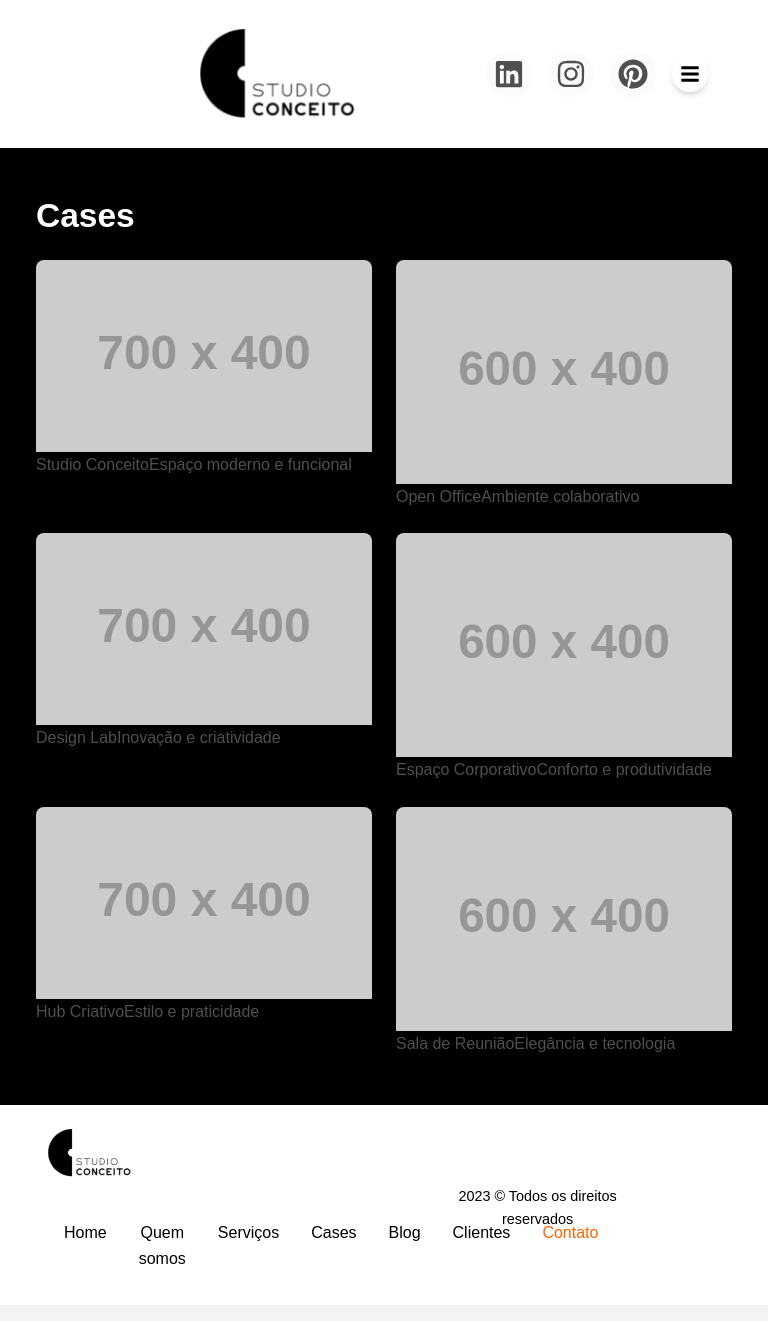
Repository: Upstairs-Agencia/studio-conceito-react
Page: /cases
The author's editor kept a copy of each file at every save. The page is drawn from the files as they stood at one save, then again after the next save.
The browser window is 768 px wide. The pictures show the whole page.
The project was rebuilt for these pictures with package versions that can differ from the ones it lists, and the page was loaded fresh each time. Also part of the build but not shown: src/pages/Home.js, src/pages/QuemSomos.js, src/pages/Servicos.js, src/pages/Blog.js, src/pages/Clientes.js, src/pages/Contato.js.

Above is the page before, as saved 2024-12-29 11:31:20.

### public/index.html
<!DOCTYPE html>
<html lang="en">
  <head>
    <meta charset="utf-8" />
    <link rel="icon" href="%PUBLIC_URL%/favicon.ico" />
    <meta name="viewport" content="width=device-width, initial-scale=1" />
    <meta name="theme-color" content="#000000" />
    <meta
      name="description"
      content="Web site created using create-react-app"
    />
    <link rel="apple-touch-icon" href="%PUBLIC_URL%/logo192.png" />
    <!--
      manifest.json provides metadata used when your web app is installed on a
      user's mobile device or desktop. See https://developers.google.com/web/fundamentals/web-app-manifest/
    -->
    <link rel="manifest" href="%PUBLIC_URL%/manifest.json" />
    <!--
      Notice the use of %PUBLIC_URL% in the tags above.
      It will be replaced with the URL of the `public` folder during the build.
      Only files inside the `public` folder can be referenced from the HTML.

      Unlike "/favicon.ico" or "favicon.ico", "%PUBLIC_URL%/favicon.ico" will
      work correctly both with client-side routing and a non-root public URL.
      Learn how to configure a non-root public URL by running `npm run build`.
    -->
    <title>Studio Conceito</title>
  </head>
  <body>
    <noscript>You need to enable JavaScript to run this app.</noscript>
    <div id="root"></div>
    <!--
      This HTML file is a template.
      If you open it directly in the browser, you will see an empty page.

      You can add webfonts, meta tags, or analytics to this file.
      The build step will place the bundled scripts into the <body> tag.

      To begin the development, run `npm start` or `yarn start`.
      To create a production bundle, use `npm run build` or `yarn build`.
    -->
  </body>
</html>

### src/index.js

import React from 'react';
import ReactDOM from 'react-dom';
import App from './App';
import 'mdb-react-ui-kit/dist/css/mdb.min.css'; // MDB styles
import './index.css'; // Global styles

ReactDOM.render(
  <React.StrictMode>
    <App />
  </React.StrictMode>,
  document.getElementById('root')
);

### src/App.js

import React from 'react';
import { BrowserRouter as Router, Routes, Route } from 'react-router-dom';
import Home from './pages/Home';
import QuemSomos from './pages/QuemSomos';
import Servicos from './pages/Servicos';
import Cases from './pages/Cases';
import Blog from './pages/Blog';
import Clientes from './pages/Clientes';
import Contato from './pages/Contato';

function App() {
  return (
    <Router>
      <Routes>
        <Route path="/" element={<Home />} />
        <Route path="/quem-somos" element={<QuemSomos />} />
        <Route path="/servicos" element={<Servicos />} />
        <Route path="/cases" element={<Cases />} />
        <Route path="/blog" element={<Blog />} />
        <Route path="/clientes" element={<Clientes />} />
        <Route path="/contato" element={<Contato />} />
      </Routes>
    </Router>
  );
}

export default App;

### src/index.css

body {
  margin: 0;
  font-family: Arial, sans-serif;
  background-color: #f4f4f4;
}

### src/pages/Cases.js
import React from "react";
import {
  MDBContainer,
  MDBRow,
  MDBCol,
} from "mdb-react-ui-kit";
import Navbar from "../components/navbar";
import Footer from "../components/footer";
import "../styles/cases.css";

const caseStudies = [
  {
    title: "Studio Conceito",
    description: "Espaço moderno e funcional",
    image: "https://via.placeholder.com/700x400",
  },
  {
    title: "Open Office",
    description: "Ambiente colaborativo",
    image: "https://via.placeholder.com/600x400",
  },
  {
    title: "Design Lab",
    description: "Inovação e criatividade",
    image: "https://via.placeholder.com/700x400",
  },
  {
    title: "Espaço Corporativo",
    description: "Conforto e produtividade",
    image: "https://via.placeholder.com/600x400",
  },
  {
    title: "Hub Criativo",
    description: "Estilo e praticidade",
    image: "https://via.placeholder.com/700x400",
  },
  {
    title: "Sala de Reunião",
    description: "Elegância e tecnologia",
    image: "https://via.placeholder.com/600x400",
  },
];

function Cases() {
  return (
    <div style={{ backgroundColor: "black" }}>
      <Navbar />
      <MDBContainer className="my-5">
        <h1
          className="mb-4"
          style={{
            textAlign: "left",
            color: "white",
            fontWeight: "bold",
          }}
        >
          Cases
        </h1>
        <MDBRow className="g-4">
          {caseStudies.map((caseItem, index) => (
            <MDBCol md="6" key={index}>
              <div className="case-card">
                <img
                  src={caseItem.image}
                  alt={`Imagem do ${caseItem.title}`}
                  className="case-image"
                />
                <div className="case-overlay">
                  <div className="case-info">
                    <span className="case-title">Case</span>
                    <span className="case-description">
                      {caseItem.title}
                    </span>
                  </div>
                </div>
                <div className="case-text">
                  <span className="case-title-text">{caseItem.title}</span>
                  <span className="case-desc-text">{caseItem.description}</span>
                </div>
              </div>
            </MDBCol>
          ))}
        </MDBRow>
      </MDBContainer>
      <Footer />
    </div>
  );
}

export default Cases;

### src/components/navbar.js
import React, { useState } from "react";

import Logo from "../images/logoBlack.png";

import {
  MDBNavbar,
  MDBNavbarBrand,
  MDBContainer,
} from "mdb-react-ui-kit";
import { FaLinkedin, FaInstagram, FaPinterest, FaBars } from "react-icons/fa";
import { IoIosClose } from "react-icons/io";
import { Link } from "react-router-dom";

import SeloGptw from "../images/selo-gptw.png";

const Navbar = () => {
  const [showMenu, setShowMenu] = useState(false);

  return (
    <>
      {/* Navbar */}
      <MDBNavbar dark bgColor="white" className="py-4 px-5">
        <MDBContainer fluid className="d-flex justify-content-between align-items-center">
          {/* Logo */}
          <MDBNavbarBrand href="#" className="ms-5">
            <img
              src={Logo}
              alt="Logo"
              style={{ maxHeight: "90px", marginLeft: "12vw"}}
            />
          </MDBNavbarBrand>

          {/* Social Icons and Menu Toggle */}
          <div className="d-flex align-items-center">
            {/* Social Icons */}
            <div className="d-flex gap-3 me-3">
              <button className="btn btn-light rounded-circle p-2">
                <FaLinkedin size={30} />
              </button>
              <button className="btn btn-light rounded-circle p-2">
                <FaInstagram size={30} />
              </button>
              <button className="btn btn-light rounded-circle p-2">
                <FaPinterest size={30} />
              </button>
            </div>

            {/* FaBars Icon for Sidebar */}
            <button
              className="btn rounded-circle p-2"
              style={{
                background: "none",
                border: "none",
                cursor: "pointer",
              }}
              onClick={() => setShowMenu(!showMenu)}
            >
              <FaBars size={20} color="black" />
            </button>
          </div>
        </MDBContainer>
      </MDBNavbar>

      {/* Sidebar Menu */}
      {showMenu && (
        <div
          className="position-fixed top-0 end-0 bg-white vh-100 vw-350 shadow-lg d-flex flex-column"
          style={{ zIndex: 1050, width: "500px" }}
        >
          <div className="d-flex justify-content-end p-3">
            {/* Close Button */}
            <button
              className="p-0"
              style={{
                background: "none",
                border: "none",
                cursor: "pointer",
              }}
              onClick={() => setShowMenu(false)}
            >
              <IoIosClose size={40} />
            </button>
          </div>





          <div className="p-4 flex-grow-1">
            {/* Menu Items */}
            <ul className="list-unstyled">
              {[
                { label: "Home", link: "/" },
                { label: "Quem somos", link: "/quem-somos" },
                { label: "Serviços", link: "/servicos" },
                { label: "Cases", link: "/cases" },
                { label: "Blog", link: "/blog" },
                { label: "Clientes", link: "/clientes" },
                { label: "Contato", link: "/contato" },
              ].map((item, index) => (
                <li key={index} className="py-2">
                  <Link
                    to={item.link}
                    className="text-decoration-none fs-6"
                    style={{
                      transition: "all 0.3s ease-in-out", // Transição suave
                      color:"black"
                    }}
                    onMouseOver={(e) => {
                      e.currentTarget.style.color = "#FF7F30"; // Altera a cor
                      e.currentTarget.style.fontWeight = "bold"; // Negrito
                    }}
                    onMouseOut={(e) => {
                      e.currentTarget.style.color = "black"; // Retorna à cor original
                      e.currentTarget.style.fontWeight = "normal"; // Retira o negrito
                    }}
                  >
                    {item.label}
                  </Link>
                </li>
              ))}
            </ul>
          </div>



          {/* Footer Section */}
          <div className="d-flex justify-content-between align-items-center px-4 pb-4">
            {/* Social Icons */}
            <div className="d-flex gap-3">
              <button className="btn btn-dark rounded-circle p-2">
                <FaLinkedin size={20} color="white" />
              </button>
              <button className="btn btn-dark rounded-circle p-2">
                <FaInstagram size={20} color="white" />
              </button>
              <button className="btn btn-dark rounded-circle p-2">
                <FaPinterest size={20} color="white" />
              </button>
            </div>

            {/* Placeholder Image */}
            <img
              src={SeloGptw}
              alt="Great Place to Work"
              style={{ maxHeight: "200px", marginBottom: "4rem" }}
            />
          </div>
        </div>
      )}
    </>
  );
};

export default Navbar;

### src/components/footer.js
import React from "react";
import { MDBFooter, MDBContainer, MDBRow, MDBCol } from "mdb-react-ui-kit";
import Logo from "../images/logoBlack.png";
import "../styles/footer.css";

const Footer = () => {
  return (
    <MDBFooter className="footer-container text-center text-white">
      <MDBContainer className="p-4 footer-content">

        <MDBRow className="content-signature">
            {/* Logo e Nome */}
            <MDBCol md="4" className="mb-4 footer-left">
                <img
                    src={Logo}
                    alt="Studio Conceito Logo"
                    className="footer-logo"
                />

                {/* Navegação */}
                <MDBCol md="4" className="mb-3 footer-center">
                    <nav className="footer-nav">
                        <a href="/">Home</a>
                        <a href="/quem-somos"> Quem somos </a>
                        <a href="/servicos">Serviços</a>
                        <a href="/cases">Cases</a>
                        <a href="/blog">Blog</a>
                        <a href="/clientes">Clientes</a>
                        <a href="/contato" className="footerHighlight">
                            Contato
                        </a>
                    </nav>
                </MDBCol>

            </MDBCol>

            {/* Direitos Reservados */}
            <MDBCol md="4" className="mb-4 footer-right">
                <p className="mb-0">2023 &copy; Todos os direitos reservados</p>
            </MDBCol>

        </MDBRow>



      </MDBContainer>
    </MDBFooter>
  );
};

export default Footer;

### src/styles/cases.css
.case-card {
    position: relative;
    overflow: hidden;
    border-radius: 8px;
  }

  .case-image {
    width: 100%;
    height: auto;
    transition: transform 0.3s ease;
  }

  .case-card:hover .case-image {
    transform: scale(1.05);
  }

  .case-overlay {
    position: absolute;
    bottom: 0;
    left: 0;
    right: 0;
    height: 80px;
    background: rgba(0, 0, 0, 0.6);
    backdrop-filter: blur(10px);
    display: flex;
    align-items: center;
    justify-content: space-between;
    padding: 10px 15px;
    opacity: 0;
    transition: opacity 0.3s ease;
  }

  .case-card:hover .case-overlay {
    opacity: 1;
  }

  .case-title {
    font-size: 16px;
    color: orange;
    font-weight: bold;
  }

  .case-description {
    font-size: 14px;
    color: white;
    font-weight: bold;
  }

### src/styles/footer.css
.footer-container {
    background-color: white;
    height: 25vh !important; /* Ocupa 30% da altura da tela */
    display: flex;
    justify-content: center;
    align-items: center;
    color: black;
    font-family: Arial, sans-serif;
    margin: 1rem 0;
  }

  .footer-content {
    height: 100%; /* Garante que o conteúdo ocupe toda a altura do footer */
  }

  .content-signature{
    display: flex;
    flex-direction: row;
  }

  .footer-left {
    display: flex;
    flex-direction: column;
  }

  .footer-logo {
    max-width: 40%; /* Aumenta a imagem para 40% de seu tamanho */
    margin-bottom: 10px;
  }


  .footer-center {
    text-align: center;
    margin: 2rem 0;
  }

  .footer-nav{
    display: flex;
    flex-direction: row;
    justify-content: space-around;
    width:35vw;

  }

  .footerHighlight {
    color: #ff6600 !important;
  }

  .footer-nav a {
    margin: 1px 1rem;
    text-decoration: none;
    color: #000;
    font-size: 1rem;
    transition: color 0.3s ease;
  }

  .footer-nav a:hover {
    color: #ff6600;
  }



  .footer-right {
    text-align: center;
    display: flex;
    justify-content: center;
    align-items: center;
    margin-left: 20vw;
    font-size: 0.9rem;
    color: #000;
  }

After the next save:
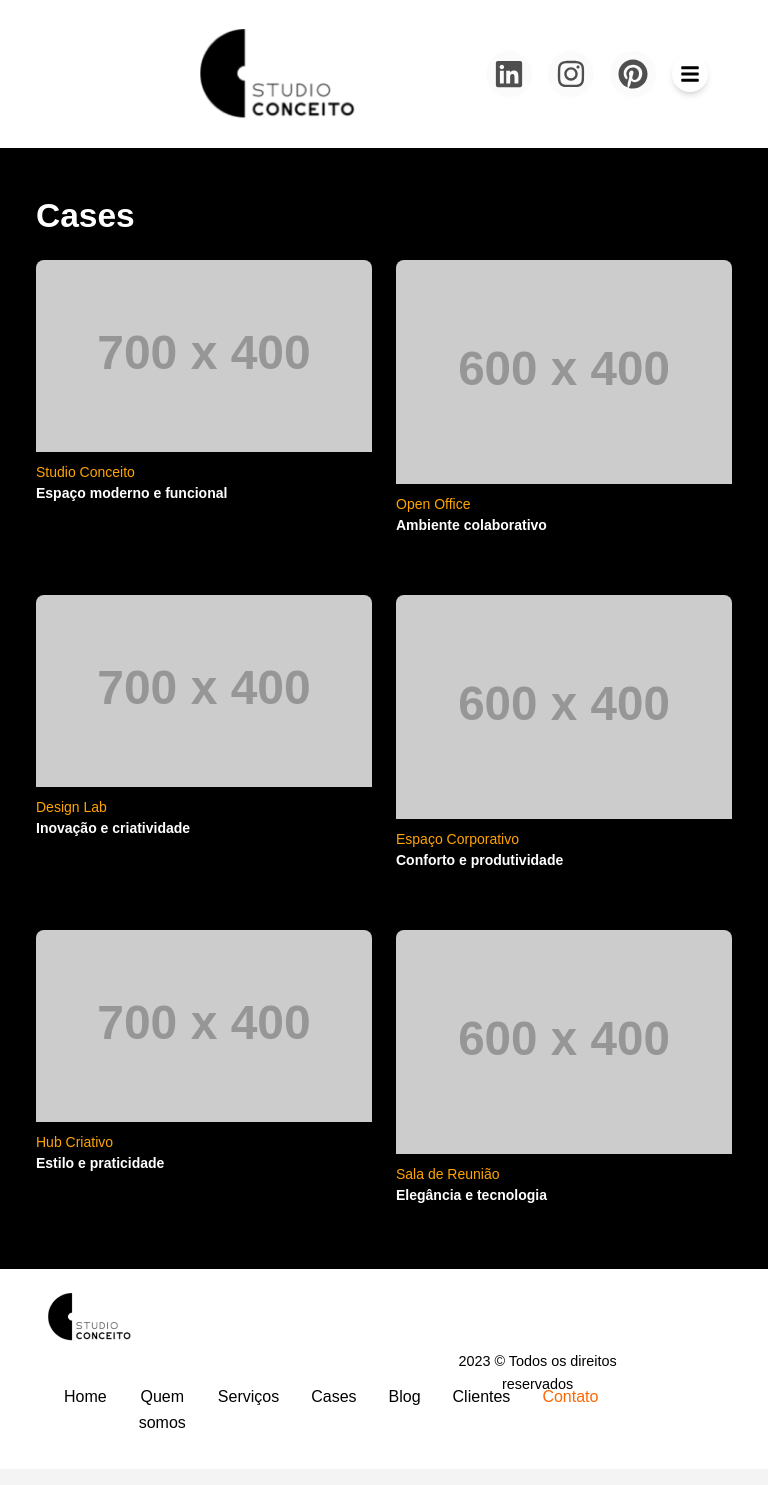
Saved 14 s later.
--- a/src/styles/cases.css
+++ b/src/styles/cases.css
@@ -1,47 +1,86 @@
+/* Estilo geral do card */
 .case-card {
-    position: relative;
-    overflow: hidden;
-    border-radius: 8px;
+  position: relative;
+  overflow: hidden;
+  border-radius: 8px;
+  margin-bottom: 20px; /* Espaçamento vertical entre os cards */
+}
+
+/* Estilo da imagem */
+.case-image {
+  width: 100%;
+  height: auto;
+  transition: transform 0.3s ease;
+}
+
+/* Efeito no hover */
+.case-card:hover .case-image {
+  transform: scale(1.05);
+}
+
+/* Estilo do overlay (hover) */
+.case-overlay {
+  position: absolute;
+  bottom: 0;
+  left: 0;
+  right: 0;
+  height: 80px;
+  background: rgba(0, 0, 0, 0.6);
+  backdrop-filter: blur(10px);
+  display: flex;
+  align-items: center;
+  justify-content: space-between;
+  padding: 10px 15px;
+  opacity: 0;
+  transition: opacity 0.3s ease;
+}
+
+.case-card:hover .case-overlay {
+  opacity: 1;
+}
+
+/* Texto no hover */
+.case-title {
+  font-size: 16px;
+  color: orange;
+  font-weight: bold;
+}
+
+.case-description {
+  font-size: 14px;
+  color: white;
+  font-weight: bold;
+}
+
+/* Texto fixo embaixo */
+.case-text {
+  margin-top: 10px;
+  text-align: left;
+  line-height: 1.5;
+}
+
+.case-title-text {
+  color: orange;
+  font-size: 14px;
+  font-weight: normal; /* Fonte normal */
+  display: block;
+}
+
+.case-desc-text {
+  color: white;
+  font-size: 14px;
+  font-weight: bold; /* Apenas a descrição é bold */
+  display: block;
+}
+
+/* Responsividade e espaçamento entre cards */
+.g-4 {
+  row-gap: 20px; /* Espaçamento uniforme na vertical */
+}
+
+/* Adaptação para diferentes tamanhos */
+@media (max-width: 768px) {
+  .case-card {
+    margin-bottom: 15px;
   }
-
-  .case-image {
-    width: 100%;
-    height: auto;
-    transition: transform 0.3s ease;
-  }
-
-  .case-card:hover .case-image {
-    transform: scale(1.05);
-  }
-
-  .case-overlay {
-    position: absolute;
-    bottom: 0;
-    left: 0;
-    right: 0;
-    height: 80px;
-    background: rgba(0, 0, 0, 0.6);
-    backdrop-filter: blur(10px);
-    display: flex;
-    align-items: center;
-    justify-content: space-between;
-    padding: 10px 15px;
-    opacity: 0;
-    transition: opacity 0.3s ease;
-  }
-
-  .case-card:hover .case-overlay {
-    opacity: 1;
-  }
-
-  .case-title {
-    font-size: 16px;
-    color: orange;
-    font-weight: bold;
-  }
-
-  .case-description {
-    font-size: 14px;
-    color: white;
-    font-weight: bold;
-  }
+}
